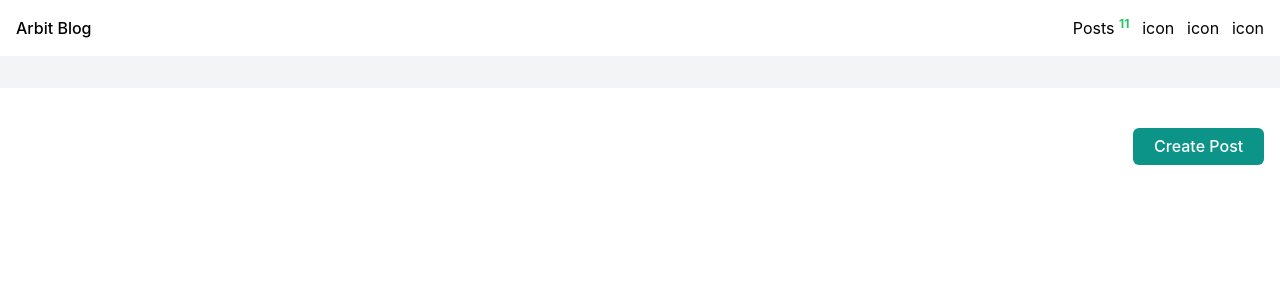
Repository: sam-lukaa/verde
Page: /
An editor plug-in stored every save of this project. The page is shown before and after the next save, followed by the edit.
The browser window is 1280 px wide. The pictures show the whole page.
The page's requests for data from a server got no answer. The project was rebuilt for these pictures with package versions that can differ from the ones it lists, and the page was loaded fresh each time. No one was signed in, and anything a server would have sent is missing. Also part of the build but not shown: src/App.css, src/pages/create.jsx, src/pages/edit.jsx, src/pages/post.jsx.

Above is the page before, as saved 2022-08-14 06:46:30.

After the next save:
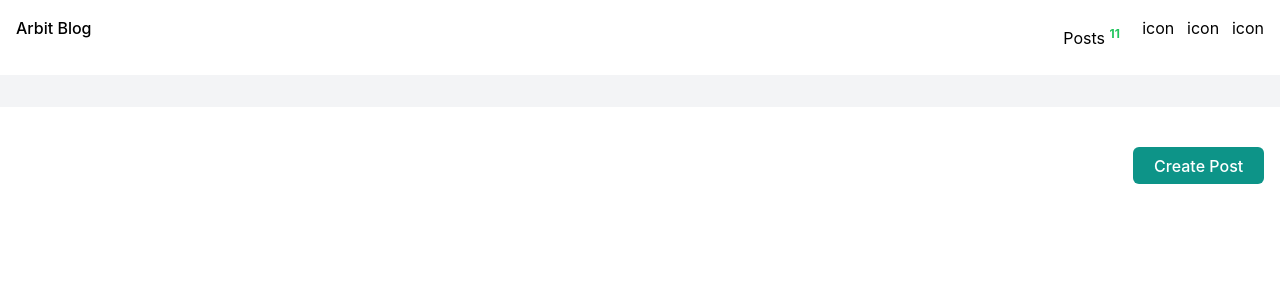
Saved 23 s later.
--- a/src/App.js
+++ b/src/App.js
@@ -13,7 +13,7 @@ function App() {
       <nav className="flex justify-between bg-white p-[1rem] top-0 sticky">
         <h3 className="font-[500]">Arbit Blog</h3>
         <div className="flex gap-[.7rem] lg:gap-[.8rem]">
-          <Link to="/" className="hover:font-[500] hover:bg-gray-100 hover:transition hover:ease-in cursor-pointer">
+          <Link to="/" className="hover:font-[500] hover:bg-gray-100 hover:transition hover:ease-in p-[.6rem] cursor-pointer">
             Posts <sup className="text-green-500 font-bold"> 11</sup>
           </Link>
           <figure>icon</figure>
